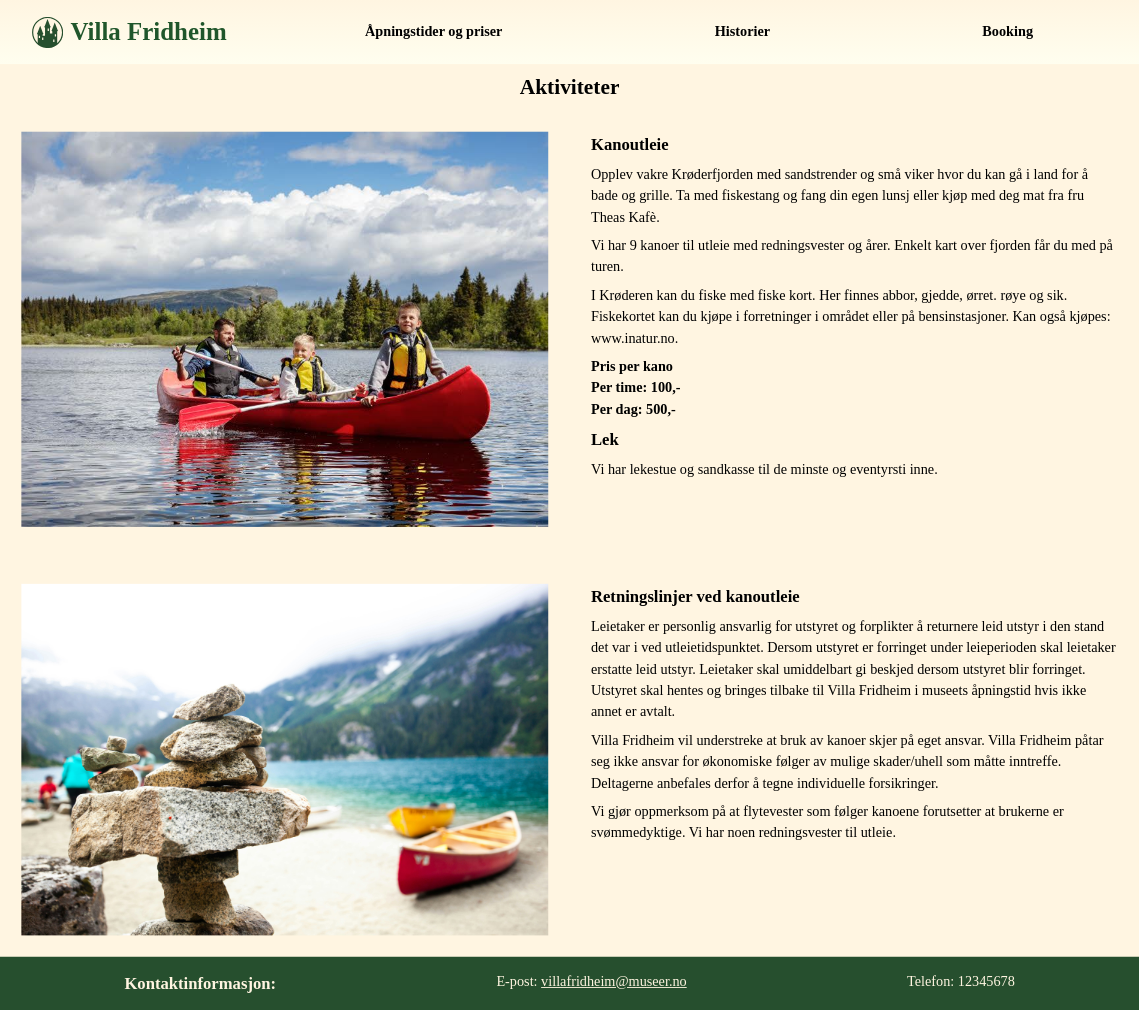
Repository: IdaHolmen/villa-fridheim
Page: src/activities.html
An editor plug-in stored every save of this project. The page is shown before and after the next save, followed by the edit.
The browser window is 1280 px wide. The pictures show the whole page, at 89% of full size.
Some web fonts or font styles are not loaded; a fallback is used.

Above is the page before, as saved 2024-10-12 16:32:53.

### src/activities.html
<!DOCTYPE html>
<html lang="en">
    <head>
        <meta charset="UTF-8" />
        <meta name="viewport" content="width=device-width, initial-scale=1.0" />

        <link rel="icon" type="image/x-icon" href="../assets/villa-fridheim-logo.svg" />

        <title>Villa Fridheim</title>
        <link rel="stylesheet" type="text/css" href="../css/reset.css" />
        <link rel="stylesheet" type="text/css" href="../css/style.css" />
        <link rel="stylesheet" type="text/css" href="../css/media-queries.css" />
    </head>
    <body>
        <header>
            <div class="headline-container">
                <a href="../index.html" id="home-button">
                    <img src="../assets/villa-fridheim-logo.svg" alt="Omrisset av et eventyrslott" class="main-logo" />
                    <h1 class="main-headline">Villa Fridheim</h1>
                </a>
            </div>

            <nav class="nav-bar">
                <a href="info.html" class="nav-link">Åpningstider og priser</a>
                <a href="stories.html" class="nav-link">Historier</a>
                <a href="booking.html" class="nav-link">Booking</a>
            </nav>
        </header>

        <main class="main-activities-container">
            <h2 class="section-headline">Aktiviteter</h2>
            <section class="activities-section">
                <div class="info-image-container">
                    <img src="../assets/kano.jpg" alt="En far og to små barn i en kano" class="canoe-image" />
                </div>

                <div class="info-text-container">
                    <article class="activities">
                        <h3>Kanoutleie</h3>
                        <p>
                            Opplev vakre Krøderfjorden med sandstrender og små viker hvor du kan gå i land for å bade og
                            grille. Ta med fiskestang og fang din egen lunsj eller kjøp med deg mat fra fru Theas Kafè.
                        </p>
                        <p>
                            Vi har 9 kanoer til utleie med redningsvester og årer. Enkelt kart over fjorden får du med
                            på turen.
                        </p>
                        <p>
                            I Krøderen kan du fiske med fiske kort. Her finnes abbor, gjedde, ørret. røye og sik.
                            Fiskekortet kan du kjøpe i forretninger i området eller på bensinstasjoner. Kan også kjøpes:
                            www.inatur.no.
                        </p>
                        <div class="bold-text">
                            <p>Pris per kano</p>
                            <p>Per time: 100,-</p>
                            <p>Per dag: 500,-</p>
                        </div>
                    </article>

                    <article class="activities">
                        <h3>Lek</h3>
                        <p>Vi har lekestue og sandkasse til de minste og eventyrsti inne.</p>
                    </article>
                </div>
            </section>

            <section class="activities-section">
                <div class="info-image-container">
                    <img src="../assets/canoe2.jpg" alt="En kano på en sandstrand" />
                </div>

                <div class="info-text-container">
                    <article class="activities">
                        <h3>Retningslinjer ved kanoutleie</h3>
                        <p>
                            Leietaker er personlig ansvarlig for utstyret og forplikter å returnere leid utstyr i den
                            stand det var i ved utleietidspunktet. Dersom utstyret er forringet under leieperioden skal
                            leietaker erstatte leid utstyr. Leietaker skal umiddelbart gi beskjed dersom utstyret blir
                            forringet. Utstyret skal hentes og bringes tilbake til Villa Fridheim i museets åpningstid
                            hvis ikke annet er avtalt.
                        </p>
                        <p>
                            Villa Fridheim vil understreke at bruk av kanoer skjer på eget ansvar. Villa Fridheim påtar
                            seg ikke ansvar for økonomiske følger av mulige skader/uhell som måtte inntreffe. Deltagerne
                            anbefales derfor å tegne individuelle forsikringer.
                        </p>
                        <p>
                            Vi gjør oppmerksom på at flytevester som følger kanoene forutsetter at brukerne er
                            svømmedyktige. Vi har noen redningsvester til utleie.
                        </p>
                    </article>
                </div>
            </section>

            <!-- <section class="experiences-section">
                <h2>Opplevelser</h2>
            </section> -->
        </main>

        <footer class="footer">
            <h3>Kontaktinformasjon:</h3>
            <p>
                E-post:
                <a href="" id="email-element">villafridheim@museer.no</a>
            </p>
            <p>Telefon: 12345678</p>
        </footer>
    </body>
</html>

### css/reset.css
*, *::before, *::after {
	box-sizing: border-box;
  }

* {
	margin: 0;
	padding: 0;
}

body {
	line-height: 1.5;
	-webkit-font-smoothing: antialiased;
}

img, picture, video, canvas, svg {
	display: block;
	max-width: 100%;
}

input, textarea, select {
	font: inherit;
}

p, h1, h2, h3, h4, h5, h6 {
	overflow-wrap: break-word;
}

#root, #__next {
	isolation: isolate;
}

button {
	font: inherit;
	background: transparent;
	border: none;
	cursor: pointer;
	touch-action: manipulation;
}

a {
	color: inherit;
	text-decoration: none;
}

### css/style.css
@import url('https://fonts.googleapis.com/css2?family=Caudex:ital,wght@0,400;0,700;1,400;1,700&display=swap');

/* BODY STYLING */
body {
    height: 100vh;
    width: 100%;
    display: flex;
    flex-direction: column;
    background-color: #fff5e1;
    font-family: 'Caudex', 'Times New Roman', Times, serif;
}

/* HEADER STYLING */
header {
    display: flex;
    flex-direction: row;
    justify-content: center;
    align-items: center;
    background: linear-gradient(180deg, rgba(255, 245, 225, 1) 0%, rgba(255, 254, 239, 1) 100%);
    color: #20562b;
    flex-basis: 10%;
}

.headline-container {
    flex-basis: 25%;
    display: flex;
    justify-content: center;
    align-items: center;
    flex-direction: row;
}

.main-headline {
    font-size: 1.75rem;
}

.main-logo {
    height: 35px;
    width: 35px;
    margin-right: 0.5rem;
}

.nav-bar {
    flex-basis: 85%;
    color: black;
    display: flex;
    justify-content: space-around;
    flex-direction: row;
    text-align: center;
    margin: 0;
}

.nav-link {
    text-decoration: none;
    color: black;
    padding: 0.5rem 1.5rem;
    font-weight: bold;
    margin: 1rem;
    border-radius: 5px;
    display: flex;
    transition: transform 0.2s ease-in-out;
}

.nav-link:hover {
    box-shadow: rgba(149, 157, 165, 0.2) 0px 8px 24px;
    transform: scale(1.1);
}

.nav-link:active {
    background-color: #e3e3e3;
}

#home-symbol {
    margin-right: 0.5rem;
    width: 25px;
    height: 25px;
}

/* FRONT PAGE STYLING */
.section-headline {
    font-size: 1.5rem;
    margin: 0.5rem;
}

.main-container {
    flex-basis: 85%;
}

.about-section {
    width: 100%;
    height: 100%;
    display: flex;
}

.about-text {
    flex-basis: 50%;
    display: flex;
    flex-direction: column;
    justify-content: center;
    padding: 24px;
}

.about-text > p {
    margin: 0.5rem 0;
}

.image-container {
    flex-basis: 50%;
}

.front-page-image {
    height: 100%;
    object-fit: cover;
}

/* STYLING FOR INFO PAGE */
.main-info-container {
    flex-basis: 85%;
    display: flex;
    flex-direction: row;
    align-items: center;
}

.info-text-container {
    flex-basis: 50%;
    height: 100%;
    padding: 24px;
}

.info-image-container {
    flex-basis: 50%;
    height: 100%;
    padding: 24px;
    display: flex;
    align-items: center;
}

.opening-hours-section,
.directions-section,
.prices-section {
    margin-bottom: 1rem;
}

.hours,
.price-element {
    margin: 1rem 0;
}

.price-element {
    width: 90%;
    display: flex;
    flex-direction: row;
    align-items: center;
    justify-content: space-between;
    font-size: 1rem;
}

/* STYLING FOR ACTIVITIES PAGE */
#home-button {
    display: flex;
    align-items: center;
}

.main-activities-container {
    flex-basis: 85%;
    display: flex;
    flex-direction: column;
    align-items: center;
}

.activities-section {
    display: flex;
    flex-direction: row;
}

.activities {
    display: flex;
    flex-direction: column;
}

.activities > p {
    margin-top: 0.5rem;
}

.bold-text {
    font-weight: 900;
    margin: 0.5rem 0;
}

.canoe-image {
    width: 100%;
    margin-bottom: 1rem;
}

/* FOOTER */
footer {
    background-color: #264f2e;
    color: #fff5e1;
    flex-basis: 5%;
    display: flex;
    flex-direction: row;
    justify-content: space-around;
    padding: 1rem;
    font-size: 1rem;
}

a#email-element {
    text-decoration: underline;
}

/* STYLING FOR BOOKING PAGE */
.booking-container {
    flex-basis: 85%;
    display: flex;
    flex-direction: column;
    justify-content: center;
    align-items: center;
}

.booking-form {
    display: flex;
    flex-direction: column;
    align-items: center;
    height: 100%;
    margin: 2rem;
}

input,
select,
textarea {
    margin-bottom: 1.5rem;
    min-height: 2rem;
    width: 20rem;
    padding-left: 5px;
    border-radius: 5px;
    border: 1px solid gray;
}

label {
    font-weight: bold;
    margin-bottom: 0.3rem;
}

sup {
    color: red;
}

#submit-button {
    background-color: #264f2e;
    color: #fff5e1;
    width: 8rem;
    padding: 0.5rem 1.5rem;
    font-weight: bold;
    border-radius: 5px;
    transition: transform 0.2s ease-in-out;
}

#submit-button:hover {
    background-color: #276934;
    transform: scale(1.1);
}

#submit-button:active {
    background-color: #162c1b;
}

### css/media-queries.css
@media screen and (max-width: 1000px) {
    header {
        flex-direction: column;
    }

    .nav-bar {
        align-items: center;
    }

    .nav-link {
        max-width: 16rem;
        margin: 0.5rem;
    }

    .about-section {
        flex-direction: column;
        align-items: center;
    }

    .main-info-container {
        flex-direction: column;
    }

    .activities-section {
        flex-direction: column;
    }
}

@media screen and (max-width: 700px) {
    .footer {
        flex-direction: column;
        align-items: center;
    }

    .nav-bar {
        flex-direction: column;
    }
}

After the next save:
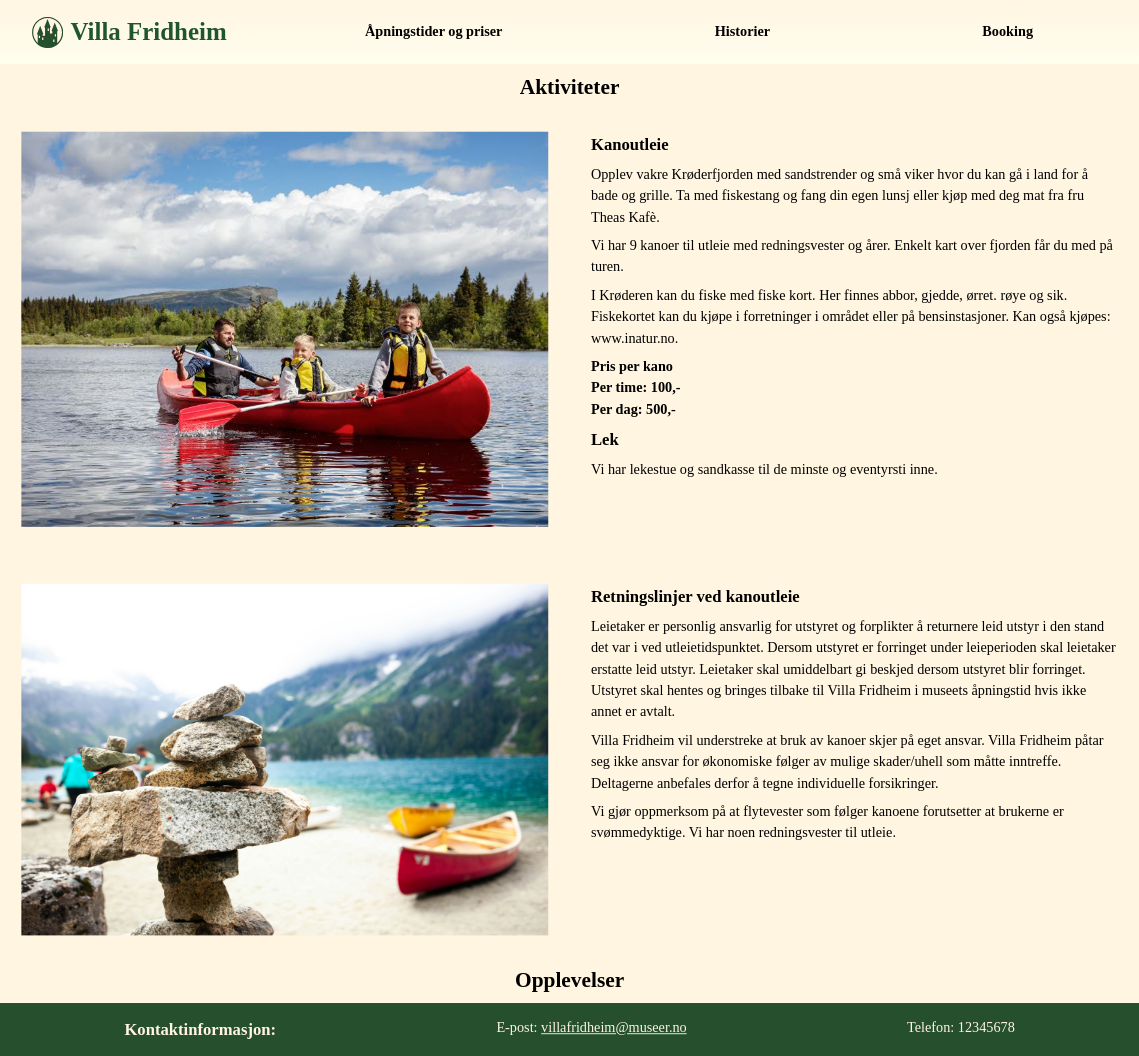
Saved 61 s later.
--- a/src/activities.html
+++ b/src/activities.html
@@ -92,9 +92,9 @@
                 </div>
             </section>
 
-            <!-- <section class="experiences-section">
-                <h2>Opplevelser</h2>
-            </section> -->
+            <section class="experiences-section">
+                <h2 class="section-headline">Opplevelser</h2>
+            </section>
         </main>
 
         <footer class="footer">
